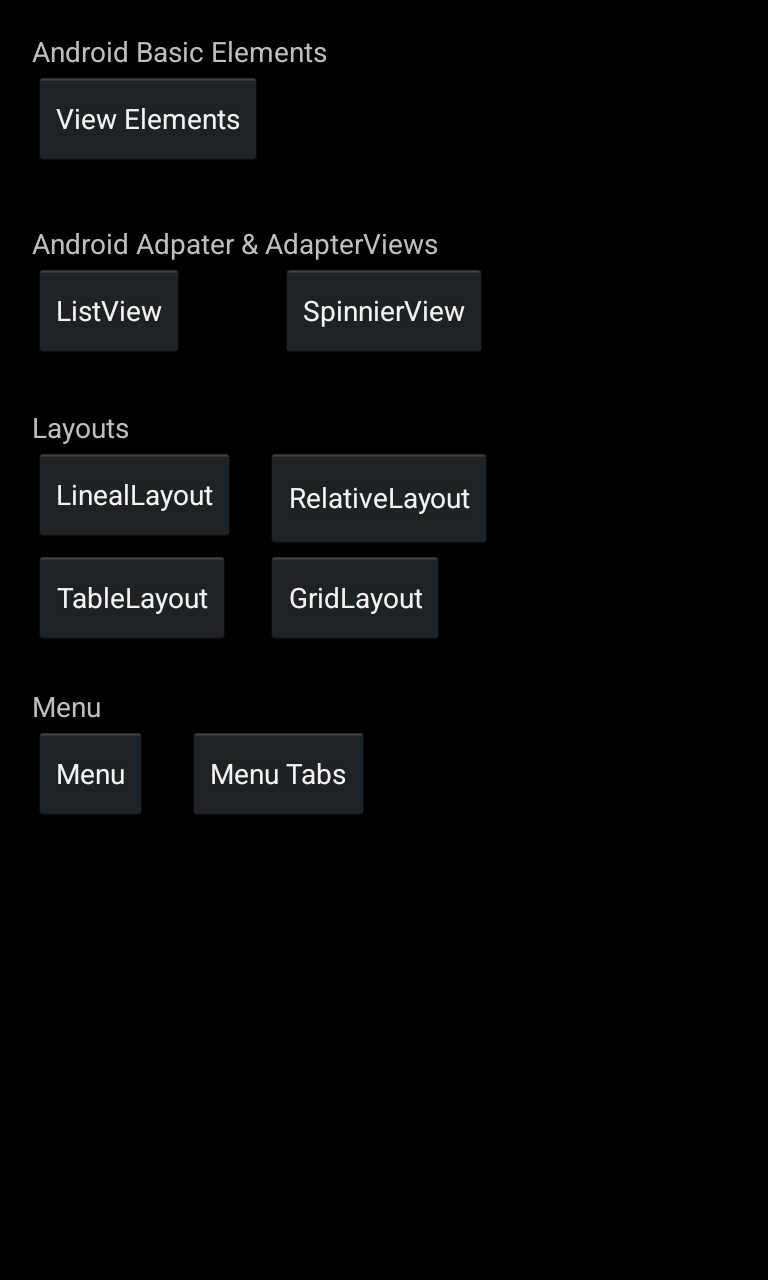
Repository: Amir13/Android_Basic_Steps
Layout: ViewElements/res/layout/activity_main_menu.xml
An editor plug-in stored every save of this project. The layout is shown before and after the next save, followed by the edit.
It is drawn on a 768 x 1280 px phone screen (xhdpi) without system bars, with theme android:Theme.Holo; the app's code is not run.

Above is the layout before, as saved 2014-05-27 04:27:02.

### ViewElements/res/layout/activity_main_menu.xml
<RelativeLayout xmlns:android="http://schemas.android.com/apk/res/android"
    xmlns:tools="http://schemas.android.com/tools"
    android:layout_width="match_parent"
    android:layout_height="match_parent"
    android:paddingBottom="@dimen/activity_vertical_margin"
    android:paddingLeft="@dimen/activity_horizontal_margin"
    android:paddingRight="@dimen/activity_horizontal_margin"
    android:paddingTop="@dimen/activity_vertical_margin"
    tools:context=".MainMenuActivity" >

    <TextView
        android:id="@+id/textView1"
        android:layout_width="wrap_content"
        android:layout_height="wrap_content"
        android:text="@string/viewElements" />

    <TextView
        android:id="@+id/textView2"
        android:layout_width="wrap_content"
        android:layout_height="wrap_content"
        android:layout_alignParentLeft="true"
        android:layout_below="@+id/buttonViewElements"
        android:layout_marginTop="29dp"
        android:text="@string/groupsView" />

    <Button
        android:id="@+id/buttonViewGroups"
        style="?android:attr/buttonStyleSmall"
        android:layout_width="wrap_content"
        android:layout_height="wrap_content"
        android:layout_alignParentLeft="true"
        android:layout_below="@+id/textView2"
        android:text="@string/buttonListView" />

    <Button
        android:id="@+id/buttonSpinnerViewGroup"
        style="?android:attr/buttonStyleSmall"
        android:layout_width="wrap_content"
        android:layout_height="wrap_content"
        android:layout_alignBaseline="@+id/buttonViewGroups"
        android:layout_alignBottom="@+id/buttonViewGroups"
        android:layout_centerHorizontal="true"
        android:text="@string/spinnierView" />

    <Button
        android:id="@+id/buttonViewElements"
        style="?android:attr/buttonStyleSmall"
        android:layout_width="wrap_content"
        android:layout_height="wrap_content"
        android:layout_alignParentLeft="true"
        android:layout_below="@+id/textView1"
        android:text="@string/buttonViewElements" />

    <TextView
        android:id="@+id/textView3"
        android:layout_width="wrap_content"
        android:layout_height="wrap_content"
        android:layout_alignLeft="@+id/buttonViewGroups"
        android:layout_below="@+id/buttonViewGroups"
        android:layout_marginTop="25dp"
        android:text="@string/layoutType" />

    <Button
        android:id="@+id/buttonLinealLayout"
        style="?android:attr/buttonStyleSmall"
        android:layout_width="wrap_content"
        android:layout_height="wrap_content"
        android:layout_alignLeft="@+id/textView3"
        android:layout_below="@+id/textView3"
        android:text="@string/LinealLayout" />

    <Button
        android:id="@+id/buttonRelativeLayout"
        style="?android:attr/buttonStyleSmall"
        android:layout_width="wrap_content"
        android:layout_height="wrap_content"
        android:layout_alignTop="@+id/buttonLinealLayout"
        android:layout_toRightOf="@+id/buttonViewElements"
        android:lines="2"
        android:text="@string/RelativeLayout" />

    <Button
        android:id="@+id/buttonTableLayout"
        style="?android:attr/buttonStyleSmall"
        android:layout_width="wrap_content"
        android:layout_height="wrap_content"
        android:layout_alignLeft="@+id/buttonLinealLayout"
        android:layout_below="@+id/buttonRelativeLayout"
        android:text="@string/TableLayout" />

    <Button
        android:id="@+id/buttonGridLayout"
        style="?android:attr/buttonStyleSmall"
        android:layout_width="wrap_content"
        android:layout_height="wrap_content"
        android:layout_alignBaseline="@+id/buttonTableLayout"
        android:layout_alignBottom="@+id/buttonTableLayout"
        android:layout_alignLeft="@+id/buttonRelativeLayout"
        android:text="@string/GridLayout" />

    <Button
        android:id="@+id/buttonMenu"
        style="?android:attr/buttonStyleSmall"
        android:layout_width="wrap_content"
        android:layout_height="wrap_content"
        android:layout_alignLeft="@+id/textView4"
        android:layout_below="@+id/textView4"
        android:text="@string/menu" />

    <TextView
        android:id="@+id/textView4"
        android:layout_width="wrap_content"
        android:layout_height="wrap_content"
        android:layout_alignLeft="@+id/buttonTableLayout"
        android:layout_below="@+id/buttonTableLayout"
        android:layout_marginTop="21dp"
        android:text="@string/menu" />


    <Button
        android:id="@+id/button1"
        style="?android:attr/buttonStyleSmall"
        android:layout_width="wrap_content"
        android:layout_height="wrap_content"
        android:layout_alignBaseline="@+id/buttonMenu"
        android:layout_alignBottom="@+id/buttonMenu"
        android:layout_toRightOf="@+id/buttonViewGroups"
        android:text="@string/menu_tabs" />

</RelativeLayout>

### ViewElements/res/values/strings.xml
<?xml version="1.0" encoding="utf-8"?>
<resources>

    <string name="app_name">Android Elements</string>

    <string-array name="Titles">
        <item>Just quotes</item>
        <item>Button &amp; Toggle button</item>
        <item>Checkbox &amp; Ratting Bar</item>
        <item>AutoCompleteTextView</item>
        <item>RadioGroup</item>
    </string-array>
    <string-array name="Quotes">
        <item>The menu was made with frames and the following options who the basic elements.</item>
        <item>As flies to wanton boys, are we to the gods; they kill us for their sport.</item>
        <item>There is a tide in the affairs of men, which taken at the flood, leads on to fortune. Omitted, all the voyage of their life is bound in shallows and in miseries.</item>
    </string-array>
    <string-array name="colors">
        <item>red</item>
        <item>orange</item>
        <item>yellow</item>
        <item>green</item>
        <item>blue</item>
        <item>indigo</item>
        <item>violet</item>
        <item>aqua</item>
        <item>black</item>
        <item>fuchsia</item>
        <item>gray</item>
        <item>grey</item>
        <item>lime</item>
        <item>maroon</item>
        <item>navy</item>
        <item>olive</item>
        <item>purple</item>
        <item>silver</item>
        <item>teal</item>
        <item>white</item>
    </string-array>

    <string name="button">Button</string>
    <string name="title_activity_invoking">InvokingActivity</string>
    <string name="menu_agenda">Agenda </string>
    <string name="menu_directions">Direction </string>
    <string name="menu_submenu">Submenu </string>
    <string name="submenu_opc1">Submenu 1 </string>
    <string name="menu_actionbar">ActionBar</string>
    <string name="submenu_actionbar">Submenu ActionBar</string>
    <string name="second_activity">This activity was invoked by a button!!</string>
    <string name="togglebutton">ToggleButton</string>
    <string name="checkbox">CheckBox Example</string>
    <string name="textview">Type a Country:</string>
    <string name="title_activity_list_view">ListView</string>
    <string name="viewElements">Android Basic Elements</string>
    <string name="groupsView">Android Adpater &amp; AdapterViews</string>
    <string name="title_activity_spinner_vg">SpinnerVG</string>
    <string name="spinner">Pick a Color. Any Color.</string>
    <string name="title_activity_main_menu">Android Elements</string>
    <string name="buttonViewElements">View Elements</string>
    <string name="buttonListView">ListView</string>
    <string name="spinnierView">SpinnierView</string>
    <string name="layoutType">Layouts</string>
    <string name="title_activity_lineal_layout">LinealLayoutActivity</string>
    <string name="hello_world">Hello world!</string>
    <string name="menu_description">Press and Hold this message to show the Context Menu</string>
    <string name="menu_description2">Push the menu button to display the second menu.</string>
    <string name="menu_description3">The ActionBar appear using "android:showAsAction="ifRoom|withText"". Rotate to portrait mode to see the difference.</string>
    <string name="LinealLayout">LinealLayout</string>
    <string name="RelativeLayout">RelativeLayout</string>
    <string name="title_activity_relative_layout">RelativeLayoutActivity</string>
    <string name="relativeLayoutDescription">In the RelativeLayout the elemetnts are arreged according the position of the other elements.</string>
    <string name="TableLayout">TableLayout</string>
    <string name="GridLayout">GridLayout</string>
    <string name="title_activity_table_layout">TableLayoutActivity</string>
    <string name="tableLayoutDescription">This layout is formed by &lt;TableRow> and inside each element define the column of its position. android:layout_column="1"</string>
    <string name="title_activity_grid_layout">GridLayoutActivity</string>
    <string name="title_activity_menu">MenuActivity</string>
    <string name="action_settings">Settings</string>
    <string name="menu">Menu</string>
    <string name="menu_context">Context Menu</string>
    <string name="menu_context_op1">Context Option 1</string>
    <string name="menu_context_op2">Context Option 2</string>
    <string name="menu_context_op3">Context Option 3</string>
    <string name="menu_fragment">fragment</string>
    <string name="menu_tabs">Menu Tabs</string>

</resources>

Loaded but not shown: ViewElements/res/values/dimens.xml (common file)

After the next save:
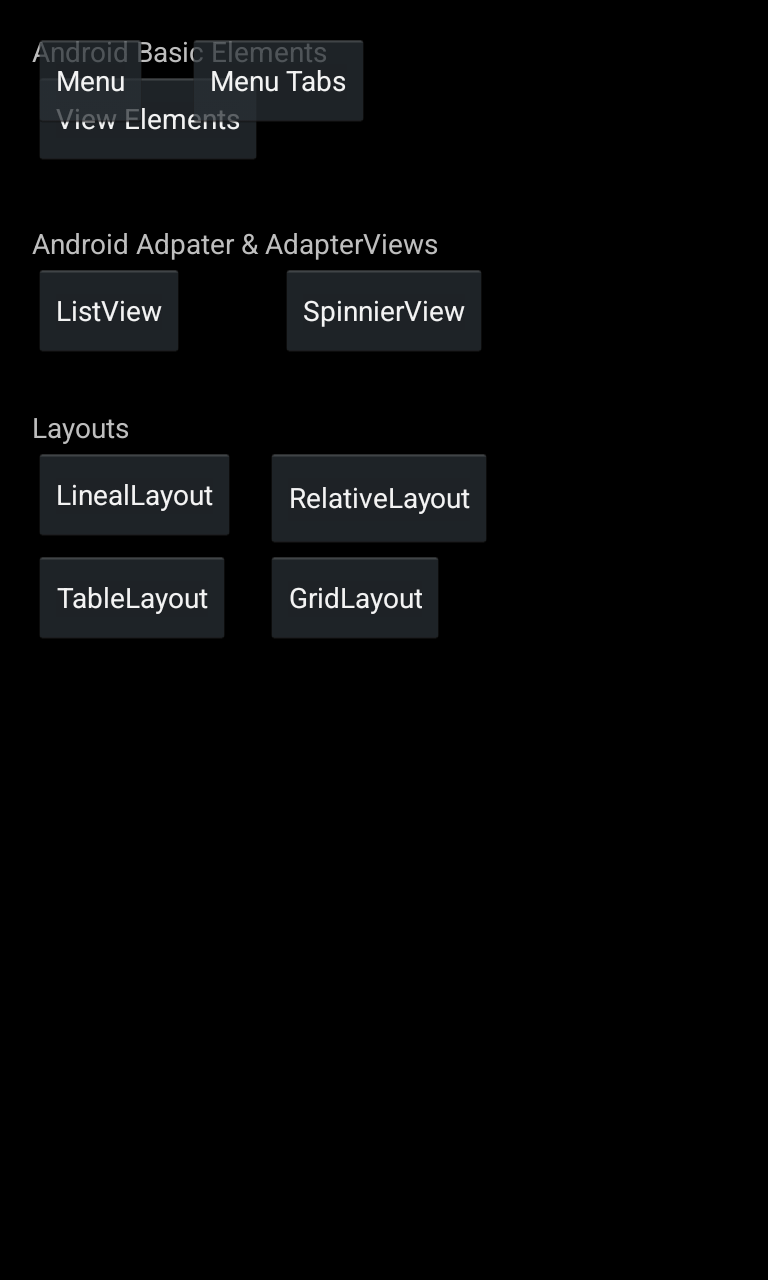
Saved 12 s later.
--- a/ViewElements/res/layout/activity_main_menu.xml
+++ b/ViewElements/res/layout/activity_main_menu.xml
@@ -107,14 +107,6 @@
         android:layout_below="@+id/textView4"
         android:text="@string/menu" />
 
-    <TextView
-        android:id="@+id/textView4"
-        android:layout_width="wrap_content"
-        android:layout_height="wrap_content"
-        android:layout_alignLeft="@+id/buttonTableLayout"
-        android:layout_below="@+id/buttonTableLayout"
-        android:layout_marginTop="21dp"
-        android:text="@string/menu" />
 
 
     <Button

After the save that followed:
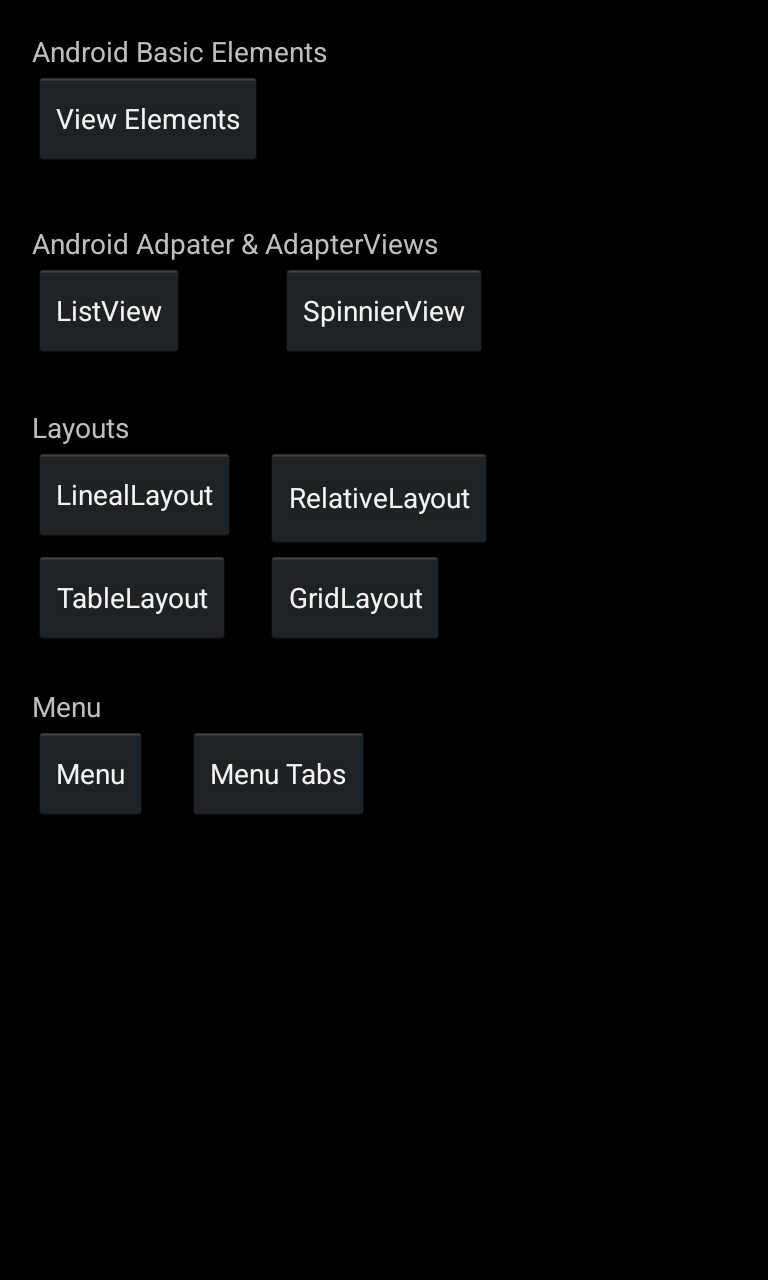
Saved 23 s later.
--- a/ViewElements/res/layout/activity_main_menu.xml
+++ b/ViewElements/res/layout/activity_main_menu.xml
@@ -107,6 +107,14 @@
         android:layout_below="@+id/textView4"
         android:text="@string/menu" />
 
+    <TextView
+        android:id="@+id/textView4"
+        android:layout_width="wrap_content"
+        android:layout_height="wrap_content"
+        android:layout_alignLeft="@+id/buttonTableLayout"
+        android:layout_below="@+id/buttonTableLayout"
+        android:layout_marginTop="21dp"
+        android:text="@string/menu" />
 
 
     <Button
